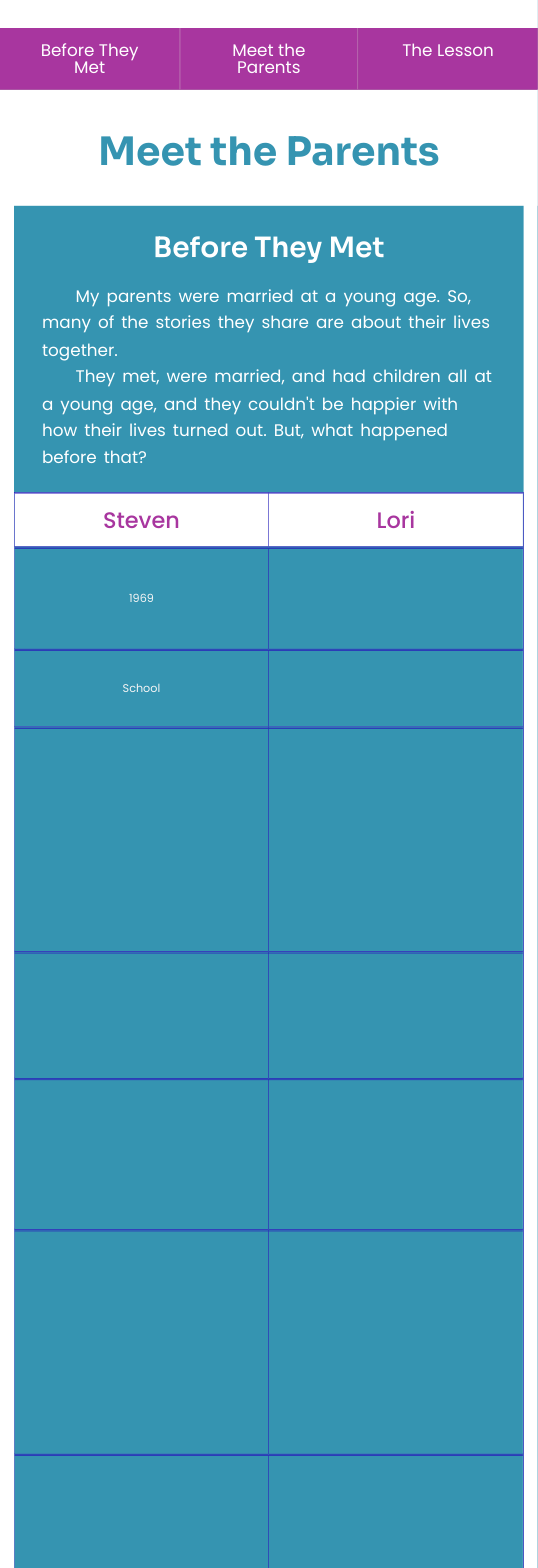
Repository: Sbethm/parents-tribute
Page: timeline.html
An editor plug-in stored every save of this project. The page is shown before and after a run of saves, followed by the edit.
The browser window is 768 px wide. The pictures show the part of the page from y = 0 to 2240 px (the page is 4025 px tall before and 3937 px after), at 70% of full size.

Above is the page before, as saved 2021-02-24 14:20:06.

### timeline.html
<!DOCTYPE html>
<html>
    <head>
      <meta charset="UTF-8">
      <title>Before They Met</title>
      <meta name="description" content="A choose your own story adventure game">
      <meta name="viewport" content="width=device-width, initial-scale=1.0">
      <link rel="preconnect" href="https://fonts.gstatic.com">
      <link href="https://fonts.googleapis.com/css2?family=Poppins:ital,wght@0,400;0,500;0,600;0,700;0,800;0,900;1,400;1,500;1,600;1,700;1,800;1,900&family=Sora:wght@400;500;600;700;800&display=swap" rel="stylesheet"> <!--
        This is used for headings:
        font-family: 'Sora', sans-serif;
        This is used for content:
        font-family: 'Poppins', sans-serif;-->
      <link href="style.css" type="text/css" rel="stylesheet">
    </head>

    <body>
      <header>
        <h1>Meet the Parents</h1>
        <nav class="navigation">
          <a href="timeline.html">Before They Met</a>
          <a class= "a--border" href="index.html">Meet the Parents</a>
          <a href="lesson.html">The Lesson</a>
        </nav>
      </header>
      <main>
        <h2>Before They Met</h2>
        <p class="p--first">My parents were married at a young age. So, many of the stories they share are about their lives together.</p>
        <p class="p--last">They met, were married, and had children all at a young age, and they couldn't be happier with how their lives turned out. But, what happened before that?</p>
        <div class="grid--timeline">
            <div class="grid__box--timeline dad">Steven</div>
            <div class="grid__box--timeline mom">Lori</div>
            <!---------Dad's Grid Boxes---------->
            <div class="grid__box--timeline f-1">Born in 1969. The same year that man  first stepped on the moon.</div>
            <div class="grid__box--timeline f-2">Steven attended a small Catholic school.</div>
            <div class="grid__box--timeline f-3">During recess in the 4th grade, he gashed his elbow while playing a rough-and-tumble game of football. This resulted in four stitches (for a nine year old that’s a lot of stitches!)</div>
            <div class="grid__box--timeline f-4">When he was thirteen, he camped in the backyard and stayed up all night.</div>
            <div class="grid__box--timeline f-5">He ran his first high school track meet, the 100 yard dash, and won third place. For the first track meet, that's not too shabby!</div>
            <div class="grid__box--timeline f-6">He was in a car accident, "not his fault", which lead to more stitches but this time in his forehead. Because of this, he had to sit out his senior year homecoming football game.</div>
            <div class="grid__box--timeline f-7">Having the lead role as Jesus during my high school senior year. It was the first annual Easter Passion play the school performed.</div>
            <div class="grid__box--timeline f-8">I remember a dream I had where I met a beautiful girl, at a homecoming dance, who I eventually married and we had two terrific kids who eventually married and gave me two more kids to enjoy time with.</div>
            <!---------Dad's Grid Box Covers----->
            <div class="cover__left f-1__cover">1969</div>
            <div class="cover__left  f-2__cover">School</div>
            <div class="cover__left  f-3__cover"></div>
            <div class="cover__left  f-4__cover"></div>
            <div class="cover__left  f-5__cover"></div>
            <div class="cover__left  f-6__cover"></div>
            <div class="cover__left  f-7__cover"></div>
            <div class="cover__left  f-8__cover"></div>
            <!---------Mom's Grid Boxes---------->
            <div class="grid__box--timeline m-1">Born in 1970. What happened this year? Oh, yeah! Mom was born!</div>
            <div class="grid__box--timeline m-2">Lori attended a slightly larger public school.</div>
            <div class="grid__box--timeline m-3">She cut off one of her pigtails in the bathroom. Perhaps to see if she had the makings of a hairstylist? Let's just say, this career path ended here.</div>
            <div class="grid__box--timeline m-4">She had skied half of a bunny slope when she realized this daredevil sport wasn't for her.</div>
            <div class="grid__box--timeline m-5">She performed the lead role in a junior high school play.</div>
            <div class="grid__box--timeline m-6">After a white knuckled horse ride in the Appalachians, she discovered that she was not meant to lead a life of adventure</div>
            <div class="grid__box--timeline m-7">made camps with her cousins in the Ritchie woods.</div>
            <div class="grid__box--timeline m-8">made camps with her cousins in the Ritchie woods.</div>
            <!---------Mom's Grid Box Covers----->
            <div class="cover__right m-1__cover"></div>
            <div class="cover__right m-2__cover"></div>
            <div class="cover__right m-3__cover"></div>
            <div class="cover__right m-4__cover"></div>
            <div class="cover__right m-5__cover"></div>
            <div class="cover__right m-6__cover"></div>
            <div class="cover__right m-7__cover"></div>
            <div class="cover__right m-8__cover"></div>
            <!--------After They Met Boxes------->
            <div class="grid__box--timeline fm-1">Met in ____ when Steven was 21 and Lori was 19 years old.</div>
            <div class="grid__box--timeline fm-2">At the age of 21, Lori gave birth to Sarah (me!).</div>
            <div class="grid__box--timeline fm-3">One year later (obviously not satisfied with their first child) Lori and Steven had their second child, a son named John.</div>
        </div>
        <section>
          <img class="img-hiking"src="img/hiking.jpg" alt="Mom and dad enjoying a hike.">
          <p class="p--last">They met, were married, and had children all at a young age, and they couldn't be happier with how their lives turned out. But, what happened before that?</p>
        </section>
      </main>
      <footer>
        <img class="icon" src="img/profile_icon.png" alt="profile icon">
        Sarah Moosa
        <br><br>
        <img class="icon" src="img/home_icon.png" alt="home icon">
        Meet the Parents
      </footer>
    </body>
</html>

### style.css
/*
html5doctor.com Reset Stylesheet
v1.6.1
Last Updated: 2010-09-17
Author: Richard Clark - http://richclarkdesign.com
Twitter: @rich_clark
*/

html, body, div, span, object, iframe,
h1, h2, h3, h4, h5, h6, p, blockquote, pre,
abbr, address, cite, code,
del, dfn, em, img, ins, kbd, q, samp,
small, strong, sub, sup, var,
b, i,
dl, dt, dd, ol, ul, li,
fieldset, form, label, legend,
table, caption, tbody, tfoot, thead, tr, th, td,
article, aside, canvas, details, figcaption, figure,
footer, header, hgroup, menu, nav, section, summary,
time, mark, audio, video {
    margin:0;
    padding:0;
    border:0;
    outline:0;
    font-size:100%;
    vertical-align:baseline;
    background:transparent;
}

body {
    line-height:1;
}

article,aside,details,figcaption,figure,
footer,header,hgroup,menu,nav,section {
    display:block;
}

nav ul {
    list-style:none;
}

blockquote, q {
    quotes:none;
}

blockquote:before, blockquote:after,
q:before, q:after {
    content:'';
    content:none;
}

a {
    margin:0;
    padding:0;
    font-size:100%;
    vertical-align:baseline;
    background:transparent;
}

/* change colours to suit your needs */
ins {
    background-color:#ff9;
    color:#000;
    text-decoration:none;
}

/* change colours to suit your needs */
mark {
    background-color:#ff9;
    color:#000;
    font-style:italic;
    font-weight:bold;
}

del {
    text-decoration: line-through;
}

abbr[title], dfn[title] {
    border-bottom:1px dotted;
    cursor:help;
}

table {
    border-collapse:collapse;
    border-spacing:0;
}

/* change border colour to suit your needs */
hr {
    display:block;
    height:1px;
    border:0;
    border-top:1px solid #cccccc;
    margin:1em 0;
    padding:0;
}

input, select {
    vertical-align:middle;
}

/* MY CODE BELOW */

body {
    width: 100vw;
    position: absolute;
}

main {
    width: calc(100vw - 40px);
    height: 100%;
    margin: 20px 20px;
    background-color: rgb(53, 148, 177);
}

header {
    width: 100vw;
    padding-top: 40px;
    display: flex;
    flex-direction: column;
    background-color: rgb(255, 255, 255);
}

h1 {
    width: 100%;
    font-family: 'Sora', sans-serif;
    color: rgb(53, 148, 177);
    font-size: 3em;
    font-weight: 700;
    text-align: center;
    padding-bottom: 30px;
}

.navigation {
    max-width: 100vw;
    background-color: rgb(126, 66, 121);
    text-align: center;
    display: grid;
    grid-template-columns: repeat(3, 1fr);
    grid-template-areas:
      " time meet lesson";
}

.time {
    grid-area: time;
}

.meet {
    grid-area: meet;
}

.lesson {
    grid-area: lesson;
}

a {
    padding: 20px 7px;
    background-color: rgb(168, 54, 159);
    font-family: 'Poppins', sans-serif;
    font-size: 1em;
    font-weight: 400;
    color: rgb(255, 255, 255);
    text-decoration: none;
}

.a--border {
    border-left: solid 2px rgb(182, 97, 173);
    border-right: solid 2px rgb(182, 97, 173);
}

a:hover {
    background-color: rgb(97, 49, 92);
}

section {
    width: 100%;
}

h2 {
    max-width: 100%;
    padding: 20px 20px 10px 20px;
    font-family: 'Sora', sans-serif;
    font-size: 1.5em;
    font-weight: 600;
    text-align: center;
    color: rgb(255, 255, 255);
}


.img-sitting,
.img-hiking,
.disney-adventure__img {
    max-width: 100%;
    height: auto;
    justify-content: center;
    align-content: center;
}

.p--first,
.p--inner,
.p--last {
    font-family: 'Poppins', sans-serif;
    font-size: 1em;
    text-indent: 2em;
    line-height: 1.5em;
    word-spacing: 0.1em;
    color: rgb(255, 255, 255);
}

.p--first {
    padding: 10px 20px 0px 20px;
}

.p--inner {
    padding: 0px 20px 0px 20px;
}

.p--last {
    padding: 0px 20px 10px 20px;
}

footer {
    width: calc(100vw - 42px);
    height: 100px;
    padding: 40px 20px 0 20px;
    position: relative;
    bottom: 0;
    font-family: 'Poppins', sans-serif;
    font-size: 1em;
    font-weight: 500;
    border: solid 1px rgb(182, 97, 173);
}

.icon {
    width: 20px;
    height: auto;
}
/*MEET THE PARENTS CODE PHONE*/

.img-sitting {
    margin: 10px 0;
}

/*TIMELINE CODE PHONE*/

.grid--timeline {
    display: grid;
    margin: 10px 0;
    border: solid 1px rgb(40, 23, 187);
    grid-template-columns: 1fr 1fr;
    grid-template-rows: repeat(13, fit-content);
    grid-template-areas:
        "tl tl"
        "dad mom"
        "f-1 m-1"
        "f-2 m-2"
        "f-3 m-3"
        "f-4 m-4"
        "f-5 m-5"
        "f-6 m-6"
        "f-7 m-7"
        "f-8 m-8"
        "fm-1 fm-1"
        "fm-2 fm-2"
        "fm-3 fm-3";
}

.grid__box--timeline {
    background-color: rgb(255, 255, 255);
    padding: 10px 7px;
    color: rgb(168, 54, 159);
    text-align: center;
    font-family: 'Poppins', sans-serif;
    font-weight: 500;
    font-size: 1em;
}

.dad {
    grid-area: dad;
    border-top: solid 1px rgb(40, 23, 187);
    border-bottom: solid 1px rgb(40, 23, 187);
    border-right: solid 1px rgb(40, 23, 187);
}

.mom {
    grid-area: mom;
    border-top: solid 1px rgb(40, 23, 187);
    border-bottom: solid 1px rgb(40, 23, 187);
}

.f-1 {
    grid-area: f-1;
    border-bottom: solid 1px rgb(40, 23, 187);
    border-right: solid 1px rgb(40, 23, 187);
}

.f-2 {
    grid-area: f-2;
    border-bottom: solid 1px rgb(40, 23, 187);
    border-right: solid 1px rgb(40, 23, 187);
}

.f-3 {
    grid-area: f-3;
    border-bottom: solid 1px rgb(40, 23, 187);
    border-right: solid 1px rgb(40, 23, 187);
}

.f-4 {
    grid-area: f-4;
    border-bottom: solid 1px rgb(40, 23, 187);
    border-right: solid 1px rgb(40, 23, 187);
}

.f-5 {
    grid-area: f-5;
    border-bottom: solid 1px rgb(40, 23, 187);
    border-right: solid 1px rgb(40, 23, 187);
}

.f-6 {
    grid-area: f-6;
    border-bottom: solid 1px rgb(40, 23, 187);
    border-right: solid 1px rgb(40, 23, 187);
}

.f-7 {
    grid-area: f-7;
    border-bottom: solid 1px rgb(40, 23, 187);
    border-right: solid 1px rgb(40, 23, 187);
}

.f-8 {
    grid-area: f-8;
    border-bottom: solid 1px rgb(40, 23, 187);
    border-right: solid 1px rgb(40, 23, 187);
}


.cover__left {
    z-index: 2;
    color:rgb(245, 245, 245);
    font-family: 'Poppins', sans-serif;
    text-align: center;
    font-size: 1em;
    background-color: rgb(53, 148, 177);
    border-top: double 3px rgb(40, 23, 187);
    border-right: solid 1px rgb(40, 23, 187);
    display: flex;
    justify-content: center;
    align-items: center;
}

.cover__right {
    z-index: 2;
    color:rgb(245, 245, 245);
    font-family: 'Poppins', sans-serif;
    text-align: center;
    font-size: 2em;
    background-color: rgb(53, 148, 177);
    border-top: double 3px rgb(40, 23, 187);

    display: flex;
    justify-content: center;
    align-items: center;

}

.cover__left:hover,
.cover__right:hover {
    color: rgb(245, 245, 245, 0);
    animation-name: fade;
    animation-duration: 1s;
    animation-fill-mode: forwards;
}

@keyframes fade {
    0% {
        background-color: rgb(53, 148, 177);
    }
    100% {
        background-color: rgb(65, 175, 209, 0);
    }
}

.f-1__cover {
    grid-area: f-1;
}

.f-2__cover {
    grid-area: f-2;
}

.f-3__cover {
    grid-area: f-3;
}

.f-4__cover {
    grid-area: f-4;
}

.f-5__cover {
    grid-area: f-5;
}

.f-6__cover {
    grid-area: f-6;
}

.f-7__cover {
    grid-area: f-7;
}

.f-8__cover {
    grid-area: f-8;
}

.m-1__cover {
    grid-area: m-1;
}

.m-2__cover {
    grid-area: m-2;
}

.m-3__cover {
    grid-area: m-3;
}

.m-4__cover {
    grid-area: m-4;
}

.m-5__cover {
    grid-area: m-5;
}

.m-6__cover {
    grid-area: m-6;
}

.m-7__cover {
    grid-area: m-7;
}

.m-8__cover {
    grid-area: m-8;
}

.m-1 {
    grid-area: m-1;
    border-bottom: solid 1px rgb(40, 23, 187);
}

.m-2 {
    grid-area: m-2;
    border-bottom: solid 1px rgb(40, 23, 187);
}

.m-3 {
    grid-area: m-3;
    border-bottom: solid 1px rgb(40, 23, 187);
}

.m-4 {
    grid-area: m-4;
    border-bottom: solid 1px rgb(40, 23, 187);
}

.m-5 {
    grid-area: m-5;
    border-bottom: solid 1px rgb(40, 23, 187);
}

.m-6 {
    grid-area: m-6;
    border-bottom: solid 1px rgb(40, 23, 187);
}

.m-7 {
    grid-area: m-7;
    border-bottom: solid 1px rgb(40, 23, 187);
}

.m-8 {
    grid-area: m-8;
    border-bottom: solid 1px rgb(40, 23, 187);
}

.fm-1 {
    grid-area: fm-1;
    border-bottom: solid 1px rgb(40, 23, 187);
}

.fm-2 {
    grid-area: fm-2;
    border-bottom: solid 1px rgb(40, 23, 187);
}

.fm-3 {
    grid-area: fm-3;
    border-bottom: solid 1px rgb(40, 23, 187);
}

.img-hiking {
    margin-bottom: 10px;
}

/*LESSON LEARNED CODE PHONE*/

.disney-adventure__img {
    margin: 20px 0;
}


/*iPAD*/ @media screen and (min-width: 700px) and (max-width: 899px) {

    header {

        flex-direction: column-reverse;
    }

    h1 {
        font-size: 3.5em;
        padding-top: 60px;
        padding-bottom: 50px;
    }

    main {
        padding: 20px 0;
        margin: 0 20px;
        width: calc(100vw - 40px);
        background-color: rgb(53, 148, 177);
        border-top: none;
    }

    .navigation {

    }

    a {
        padding: 20px 40px;
        font-size: 1.5em;
    }

    .a--border {
        padding: 20px 60px;
    }

    h2 {
        font-size: 2.5em;

    }

    .p--first,
    .p--inner,
    .p--last {
        font-size: 1.5em;
        text-indent: 2em;
        line-height: 1.6em;
        word-spacing: 0.15em;
    }

    .p--first {
        padding: 20px 40px 0px 40px;
    }

    .p--inner {
        padding: 0px 40px 0px 40px;
    }

    .p--last {
        padding: 0px 40px 20px 40px;
    }

    section {
        background-color: rgb(40, 23, 187, 0);
        border: none;
    }

    .grid--section {
        max-width: calc(100vw - 40px);
        display: grid;
        grid-template-columns: 50% 50%;
        grid-template-rows: 100px 200px 200px;
        grid-template-areas:
            "title title"
            "picture p1"
            "picture p2";
    }

    section h2 {
        grid-area: title;
        align-self: center;
        justify-self: center;
    }

    .img-sitting {
        max-height: 360px;
        margin-bottom: 20px;
        border: solid 1px rgb(40, 23, 187);
        border-left: none;
        grid-area: picture;
        justify-self: center;
        align-self: center;
    }

    .p1 {
        align-self: flex-start;
        grid-area: p1;
        padding-left: 40px;
        padding-right: 20px;
    }

    .p2 {
        align-self: flex-end;
        grid-area: p2;
        padding: 0 20px 30px 40px;
    }

    footer {
        width: calc(100vw - 42px);
        height: 200px;
        font-size: 1em;
        font-weight: 500;
    }

    .icon {
        width: 40px;
        height: auto;
    }

/*TIMELINE CODE iPAD*/

    .grid__box--timeline{
        padding: 20px;
        font-size: 1.5em;
        line-height: 35px;
    }

    .title {
        font-size: 2.5em;
        color: rgb(255, 255, 255);
        background-color: rgb(53, 148, 177);
    }

    .dad,
    .mom {
        font-size: 2em;
    }

    .img-hiking {
        border: solid 1px rgb(40, 23, 187);
    }



/*LESSON LEARNED CODE iPAD*/

}

/*COMPUTER*/@media screen and (min-width: 900px) and (max-width: 2000px) {

    header {
        padding-top: 80px;
    }

    h1 {
        font-size: 4em;
        padding-bottom: 70px;
    }

    main {
        max-width: calc(100vw - 160px);
        padding-top: 20px;
        margin: 0 80px;
        border-top: none;
    }

    nav {
        max-width: calc(100vw - 160px);
        margin: 0 80px;
        background-color: rgb(126, 66, 121);
        text-align: center;
        display: grid;
        grid-template-columns: repeat(3, 3px);
        grid-template-areas:
          " time meet lesson";
    }

    a {
        font-size: 1.25em;
    }

    h2 {
        font-size: 2em;
        padding: 20px;
    }

    .p--first,
    .p--inner,
    .p--last {
        font-size: 1.25em;
        text-indent: 2em;
        line-height: 1.5em;
        word-spacing: 0.1em;
    }

    .p--first {
        padding: 20px 60px 0px 60px;
    }

    .p--inner {
        padding: 0px 60px 0px 60px;
    }

    .p--last {
        padding: 0px 60px 20px 60px;
    }

    .grid--section {
        display: grid;
        padding-bottom: 40px;
        grid-template-columns: auto;
        grid-template-rows: 150px 420px 150px 150px;
        grid-template-areas:
            "title"
            "picture"
            "p1"
            "p2";
    }

    section h2 {
        align-self: center;
        justify-self: center;
    }

    .img-sitting {
        max-height: 400px;
        margin-bottom: 0px;
        border: double 3px rgb(255, 255, 255);
        justify-self: center;
        align-self: center;
    }

    .p1 {
        align-self: center;
        grid-area: p1;
        padding: 20px 40px;
    }

    .p2 {
        align-self: center;
        grid-area: p2;
        padding: 20px 40px;
    }

    footer {
        margin: 0 80px;
        max-width: calc(100vw - 162px);
        height: 200px;
        font-size: 1em;
        font-weight: 500;
    }

    .icon {
        width: 25px;
        height: auto;
    }

/*TIMELINE CODE COMPUTER*/

    .img-hiking {
    max-height: 400px;
    width: auto;
    border: double 3px rgb(255, 255, 255);
    display: block;
    margin: 50px auto ;
    }

    .grid__box--timeline{
        z-index: 1;
        padding: 20px;
        font-size: 1.5em;
        text-indent: 2em;
        line-height: 1.8em;
        word-spacing: 0.15em;
    }

    .grid--timeline {
        display: grid;
        margin: 0 auto;
        max-width: 1000px;
        box-shadow: 10px 10px 31px 0px rgba(0,0,0,0.75);
        -webkit-box-shadow: 10px 10px 31px 0px rgba(0,0,0,0.75);
        -moz-box-shadow: 10px 10px 31px 0px rgba(0,0,0,0.75);
        grid-template-columns: 1fr 1fr;
        grid-template-rows: repeat(13, fit-content);
        grid-template-areas:
            "tl tl"
            "dad mom"
            "f-1 m-1"
            "f-2 m-2"
            "f-3 m-3"
            "f-4 m-4"
            "f-5 m-5"
            "f-6 m-6"
            "f-7 m-7"
            "f-8 m-8"
            "fm-1 fm-1"
            "fm-2 fm-2"
            "fm-3 fm-3";
    }

    .grid__box--timeline {
    font-weight: 400;
    }

    .dad,
    .mom {
        font-size: 2em;
        font-weight: 500;
    }

    .cover__left {
        z-index: 2;
        color:rgb(245, 245, 245);
        font-family: 'Poppins', sans-serif;
        text-align: center;
        font-size: 2em;
        background-color: rgb(53, 148, 177);
        border-top: double 3px rgb(40, 23, 187);
        border-right: solid 1px rgb(40, 23, 187);
        display: flex;
        justify-content: center;
        align-items: center;
    }

    .cover__right {
        z-index: 2;
        color:rgb(245, 245, 245);
        font-family: 'Poppins', sans-serif;
        text-align: center;
        font-size: 2em;
        background-color: rgb(53, 148, 177);
        border-top: double 3px rgb(40, 23, 187);

        display: flex;
        justify-content: center;
        align-items: center;

    }


    .m-1 {
        border-left: solid 1px rgb(40, 23, 187);
    }

    .m-2 {
        border-left: solid 1px rgb(40, 23, 187);
    }

    .m-3 {
        border-left: solid 1px rgb(40, 23, 187);
    }

    .m-4 {
        border-left: solid 1px rgb(40, 23, 187);
    }

    .m-5 {
        border-left: solid 1px rgb(40, 23, 187);
    }

    .m-6 {
        border-left: solid 1px rgb(40, 23, 187);
    }

    .m-7 {
        border-left: solid 1px rgb(40, 23, 187);
    }

    .m-8 {
        border-left: solid 1px rgb(40, 23, 187);
    }


    /*LESSON LEARNED CODE iPAD*/

    }

After the next 5 saves:
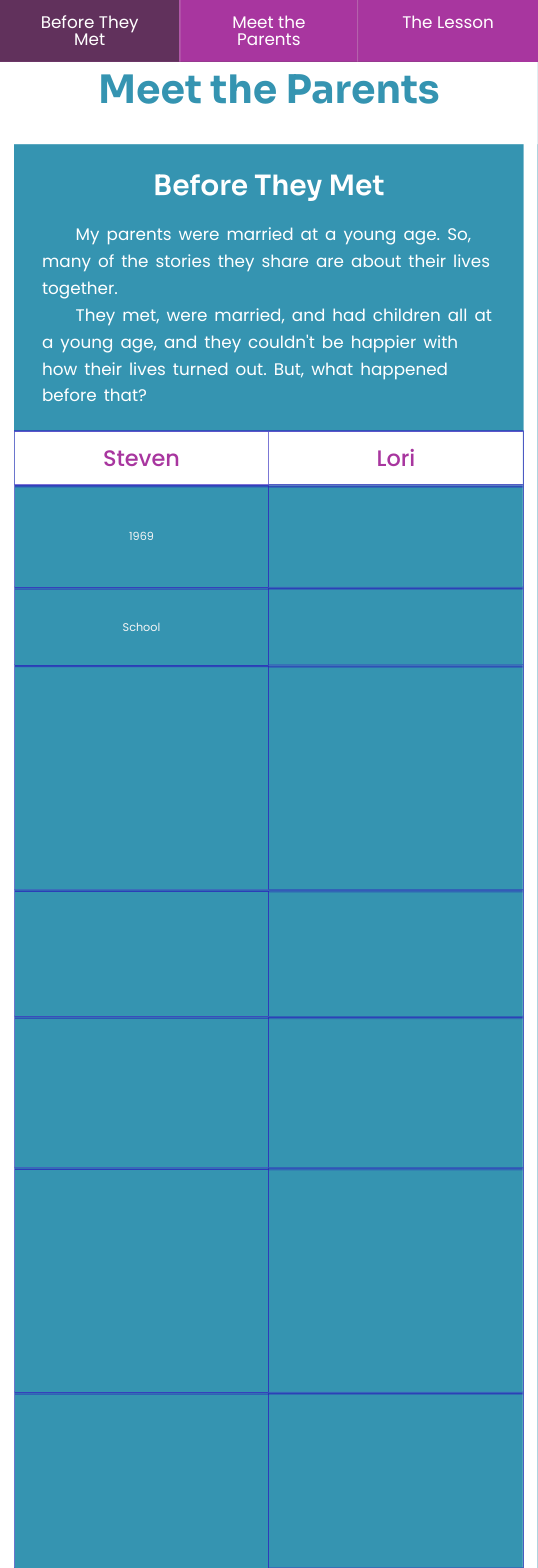
The 5 saves are shown as one change because they came seconds apart.
The last was saved 14 s later.
--- a/style.css
+++ b/style.css
@@ -537,7 +537,8 @@ footer {
     }
 
     .navigation {
-
+        position: fixed;
+        top: 0;
     }
 
     a {
